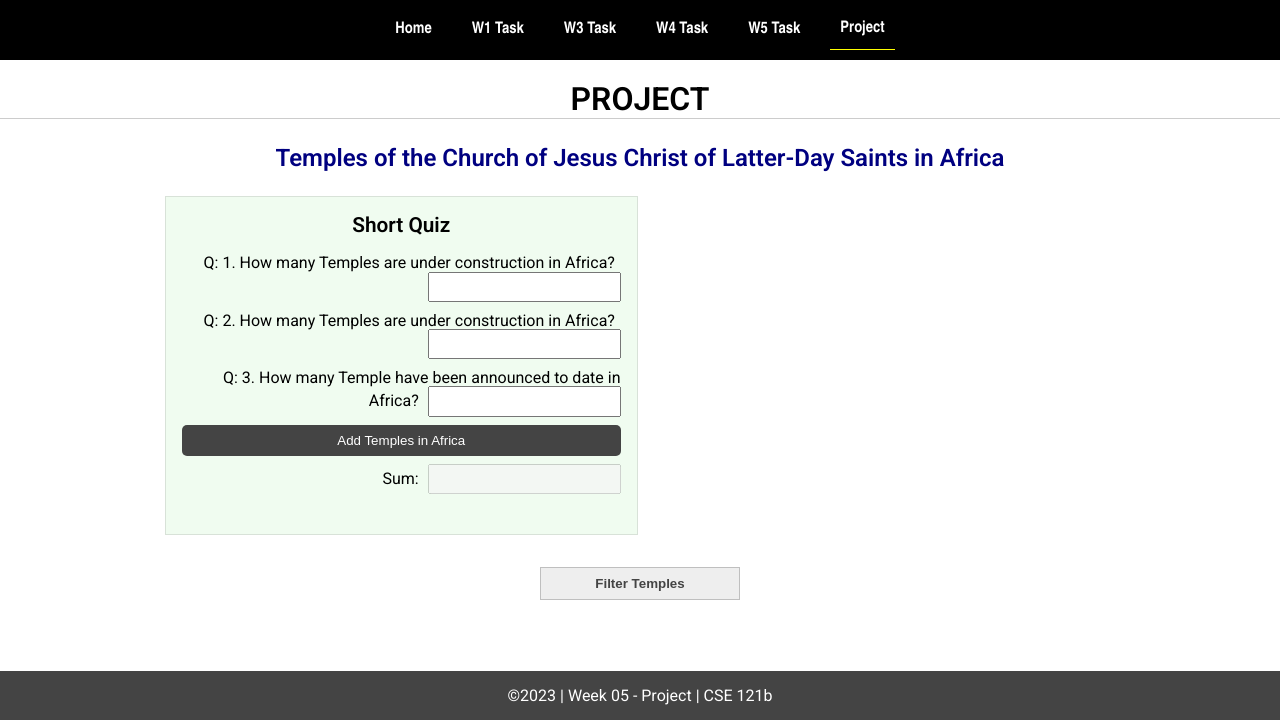
Repository: mszakutumela/cse121b
Page: Project/project.html
The author's editor kept a copy of each file at every save. The page is drawn from the files as they stood at one save, then again after the next save.
The browser window is 1280 px wide. The pictures show the whole page.

Above is the page before, as saved 2023-10-24 15:17:41.

After the next save:
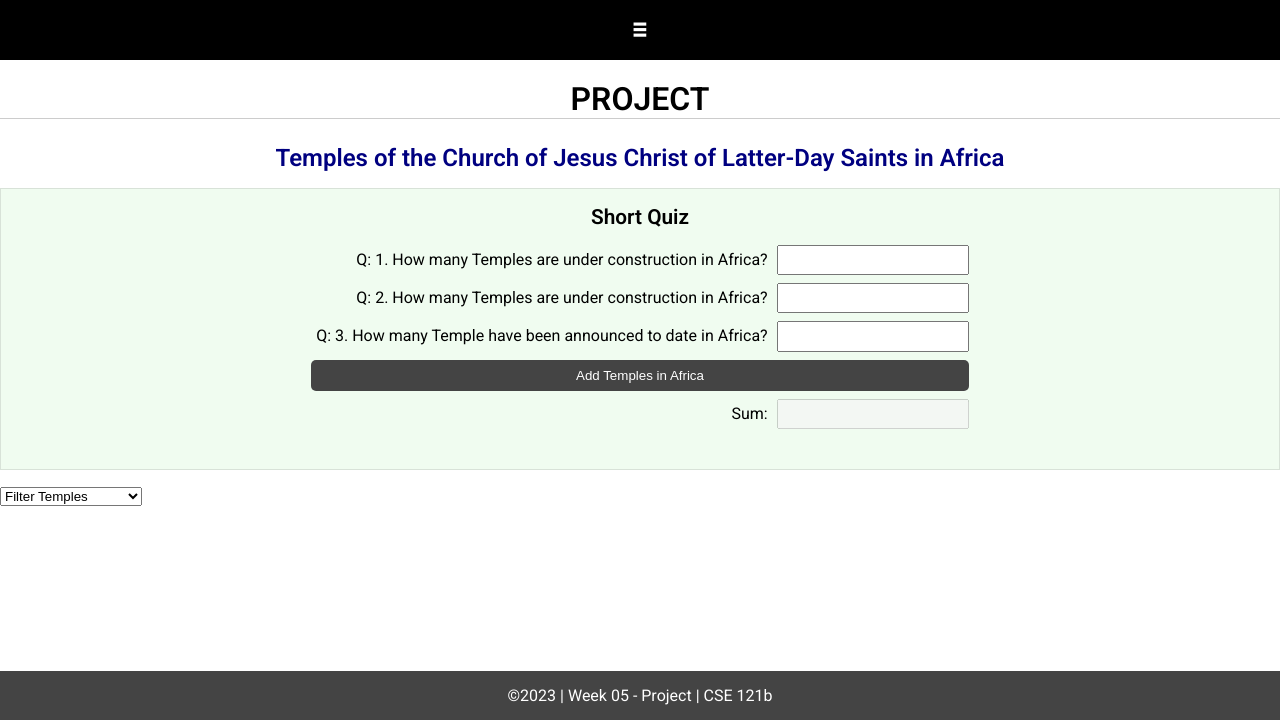
Saved 14 s later.
--- a/Project/styles/main.css
+++ b/Project/styles/main.css
@@ -214,7 +214,7 @@
     margin: 1rem auto;
     text-align: left;
     text-align: center;
-    grid-template-columns: repeat(auto-fit);
+    grid-template-columns: repeat(auto-fit;
 }
 
 #section2 {

After the save that followed:
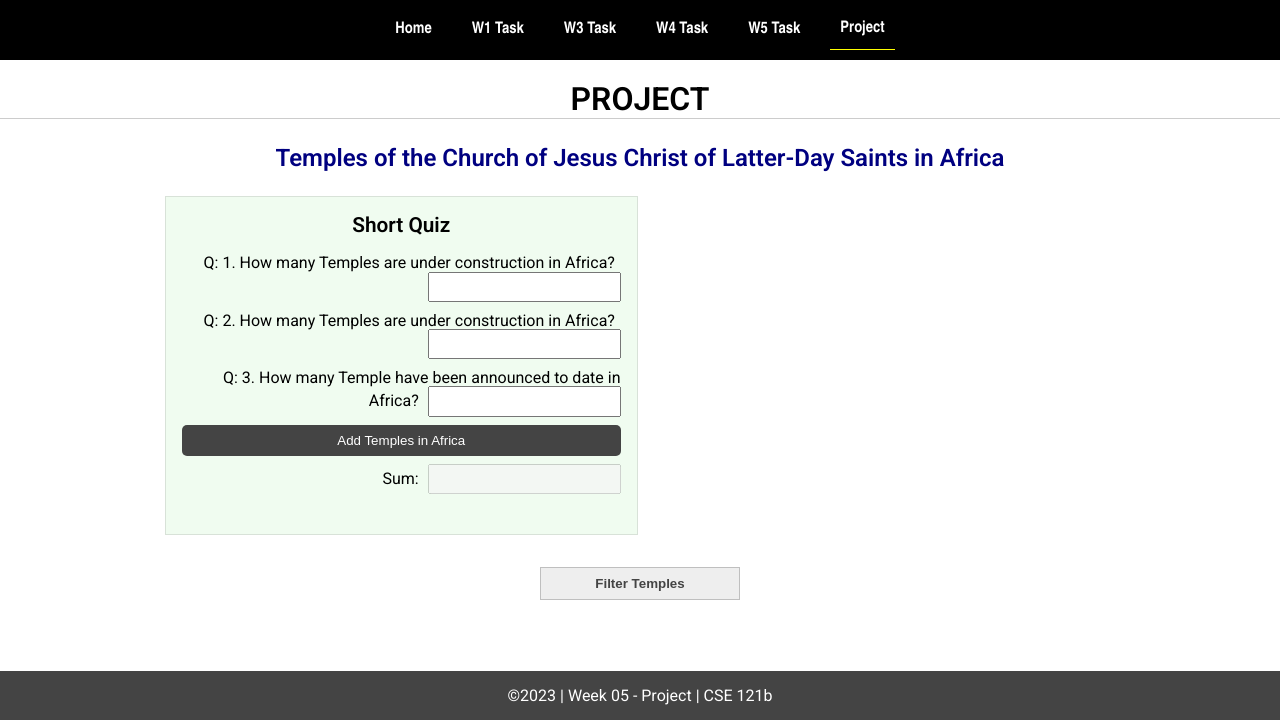
Saved 21 s later.
--- a/Project/styles/main.css
+++ b/Project/styles/main.css
@@ -214,7 +214,7 @@
     margin: 1rem auto;
     text-align: left;
     text-align: center;
-    grid-template-columns: repeat(auto-fit;
+    grid-template-columns: repeat(auto-fit);
 }
 
 #section2 {
